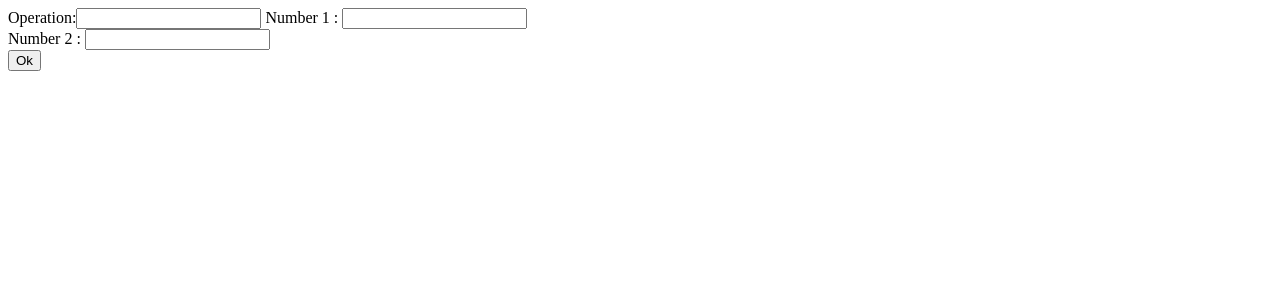
Repository: MaheshYadavM/my-frist-repo
Page: DemoApp/WebContent/index.html
An editor plug-in stored every save of this project. The page is shown before and after the next save, followed by the edit.
The browser window is 1280 px wide. The pictures show the whole page.

Above is the page before, as saved 2022-08-25 10:34:43.

After the next save:
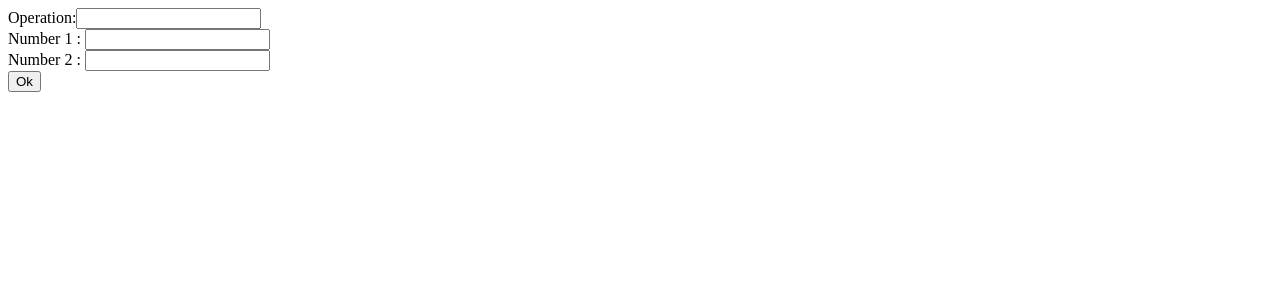
Saved 64 s later.
--- a/DemoApp/WebContent/index.html
+++ b/DemoApp/WebContent/index.html
@@ -3,9 +3,9 @@
 <body>
 
    <form action="add" method="get"   >
-    Operation:<input type="text" name="opt"></input>
-     Number 1 : <input type="text" name="num1"></input><br>
-     Number 2 : <input type="text" name="num2"></input><br>
+    Operation:<input type="text" name="opt"></input></br>
+     Number 1 : <input type="text" name="num1"></input></br>
+     Number 2 : <input type="text" name="num2"></input></br>
     <input type="submit" value="Ok">
    </form>
 </body>
